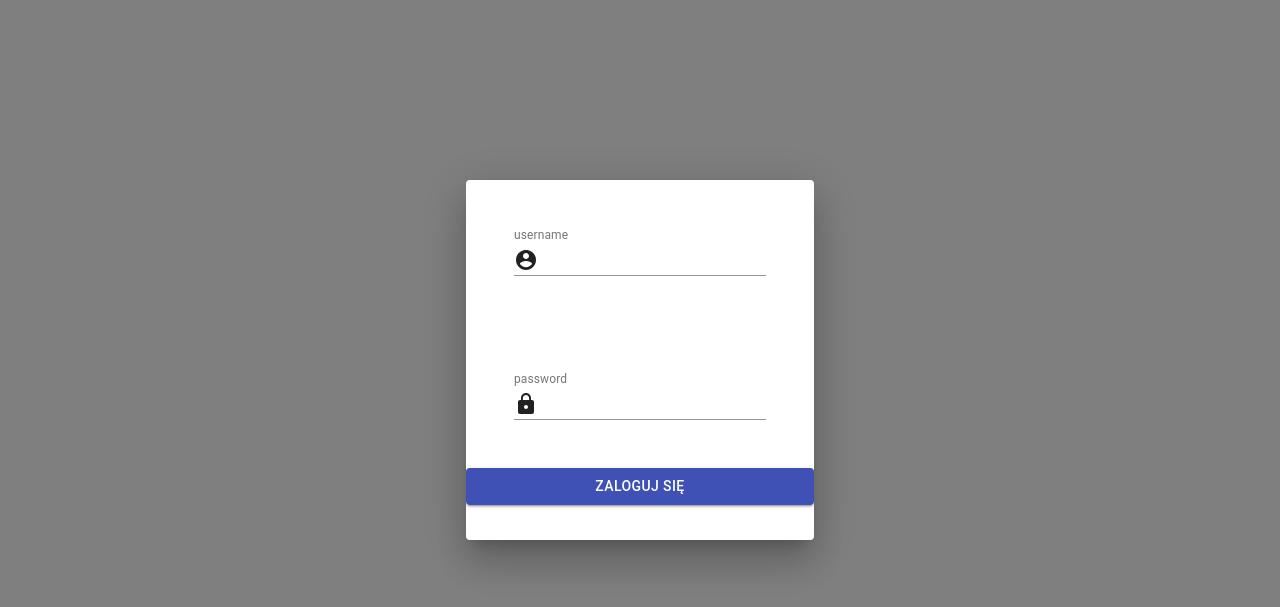
Repository: pgruca96/HappitsChanger
Page: /
The author's editor kept a copy of each file at every save. The page is drawn from the files as they stood at one save, then again after the next save.
The browser window is 1280 px wide. The pictures show the whole page.
The project was rebuilt for these pictures with package versions that can differ from the ones it lists, and the page was loaded fresh each time. Also part of the build but not shown: src/App.css.

Above is the page before, as saved 2020-10-23 23:35:18.

### src/App.js
import "./App.css";
import { BrowserRouter as Router, Route } from "react-router-dom";
import loginForm from "./components/index";

const App = () => {
  return (
    <Router>
      <Route path="/" exact component={loginForm} />
    </Router>
  );
};

export default App;

### src/components/index.js
import React from "react";
import TextField from "@material-ui/core/TextField";
import InputAdornment from "@material-ui/core/InputAdornment";
import AccountCircle from "@material-ui/icons/AccountCircle";
import LockIcon from "@material-ui/icons/Lock";
import Button from "@material-ui/core/Button";
import Dialog from "@material-ui/core/Dialog";
import { useStyles } from "../styles/Form";

const LoginForm = () => {
  const { form, margin } = useStyles();
  return (
    <Dialog
      //   onClose={handleClose}
      aria-labelledby="simple-dialog-title"
      open={true}
    >
      <form className={form}>
        <TextField
          className={margin}
          id="username"
          label="username"
          placement="top"
          InputProps={{
            startAdornment: (
              <InputAdornment position="start">
                <AccountCircle />
              </InputAdornment>
            ),
          }}
        />
        <TextField
          className={margin}
          id="password"
          label="password"
          InputProps={{
            startAdornment: (
              <InputAdornment position="start">
                <LockIcon />
              </InputAdornment>
            ),
          }}
        />
        <Button variant="contained" color="primary">
          Zaloguj się
        </Button>
      </form>
    </Dialog>
  );
};

export default LoginForm;

### src/styles/Form.js
import { makeStyles } from "@material-ui/core/styles";

export const useStyles = makeStyles((theme) => ({
  form: {
    display: "flex",
    alignItems: "right",
    flexDirection: "column",
    height: "50vh",
  },
  margin: {
    margin: theme.spacing(6),
  },
}));

Loaded but not shown: public/index.html (common file); src/index.js (common file); src/index.css (common file); src/reportWebVitals.js (common file)

After the next save:
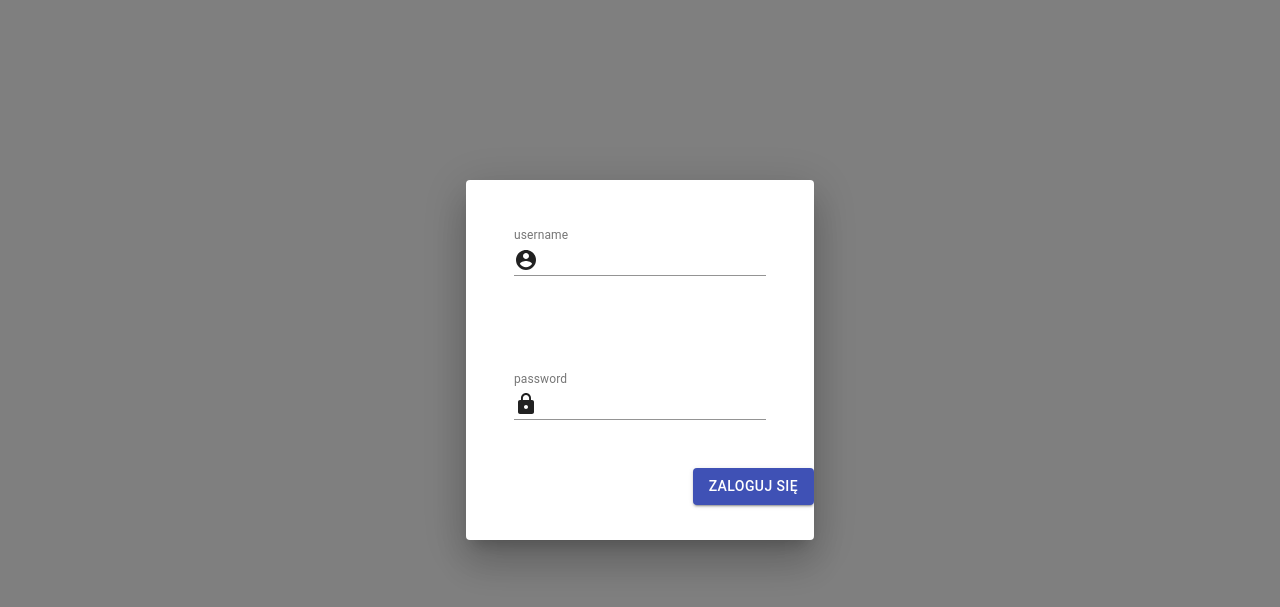
Saved 17 s later.
--- a/src/styles/Form.js
+++ b/src/styles/Form.js
@@ -3,7 +3,7 @@ import { makeStyles } from "@material-ui/core/styles";
 export const useStyles = makeStyles((theme) => ({
   form: {
     display: "flex",
-    alignItems: "right",
+    alignItems: "flex-end",
     flexDirection: "column",
     height: "50vh",
   },
